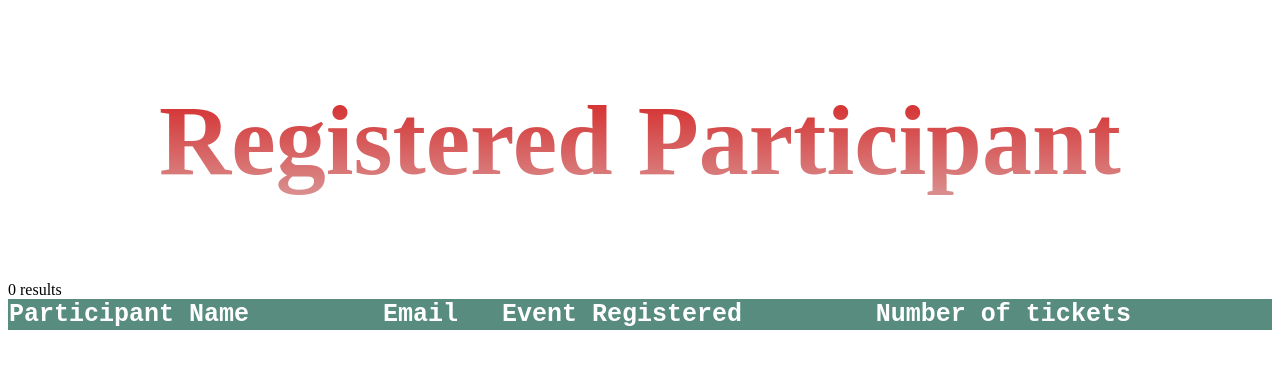
Repository: farhan-helmy/web_prog_project_dulu2
Page: http://localhost/view.php
An editor plug-in stored every save of this project. The page is shown before and after the next save, followed by the edit.
The browser window is 1280 px wide. The pictures show the whole page.
The page is run by PHP 8.4 with error messages shown; the project is at /var/www/html/. Queries for data that is not in the repository find no rows.

Above is the page before, as saved 2020-05-12 07:23:31.

After the next save:
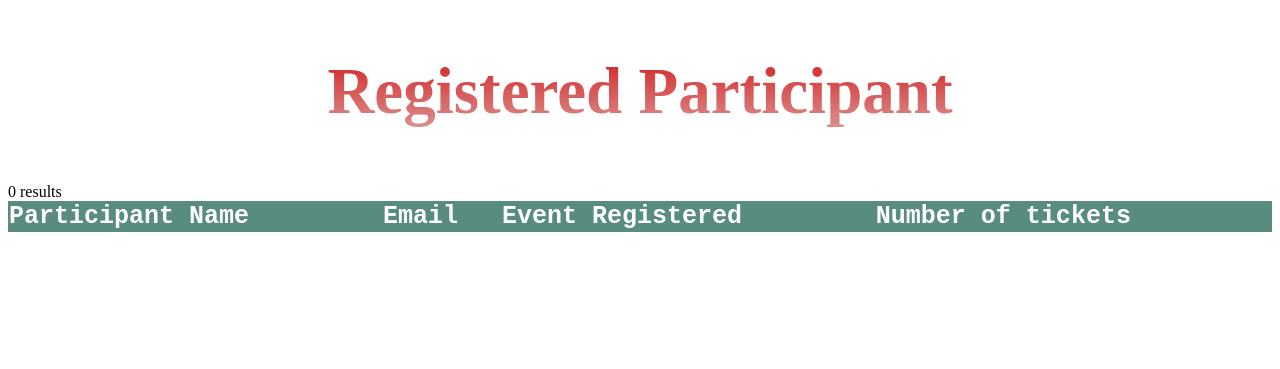
Saved 7 s later.
--- a/view.php
+++ b/view.php
@@ -18,7 +18,7 @@
 tr:nth-child(even) {background-color: #f2f2f2}
 h2 {
 
-      font-size: 100px;
+      font-size: 65px;
       background: -webkit-linear-gradient(rgb(212, 30, 30), rgb(218, 146, 146));
       -webkit-background-clip: text;
       -webkit-text-fill-color: transparent;
